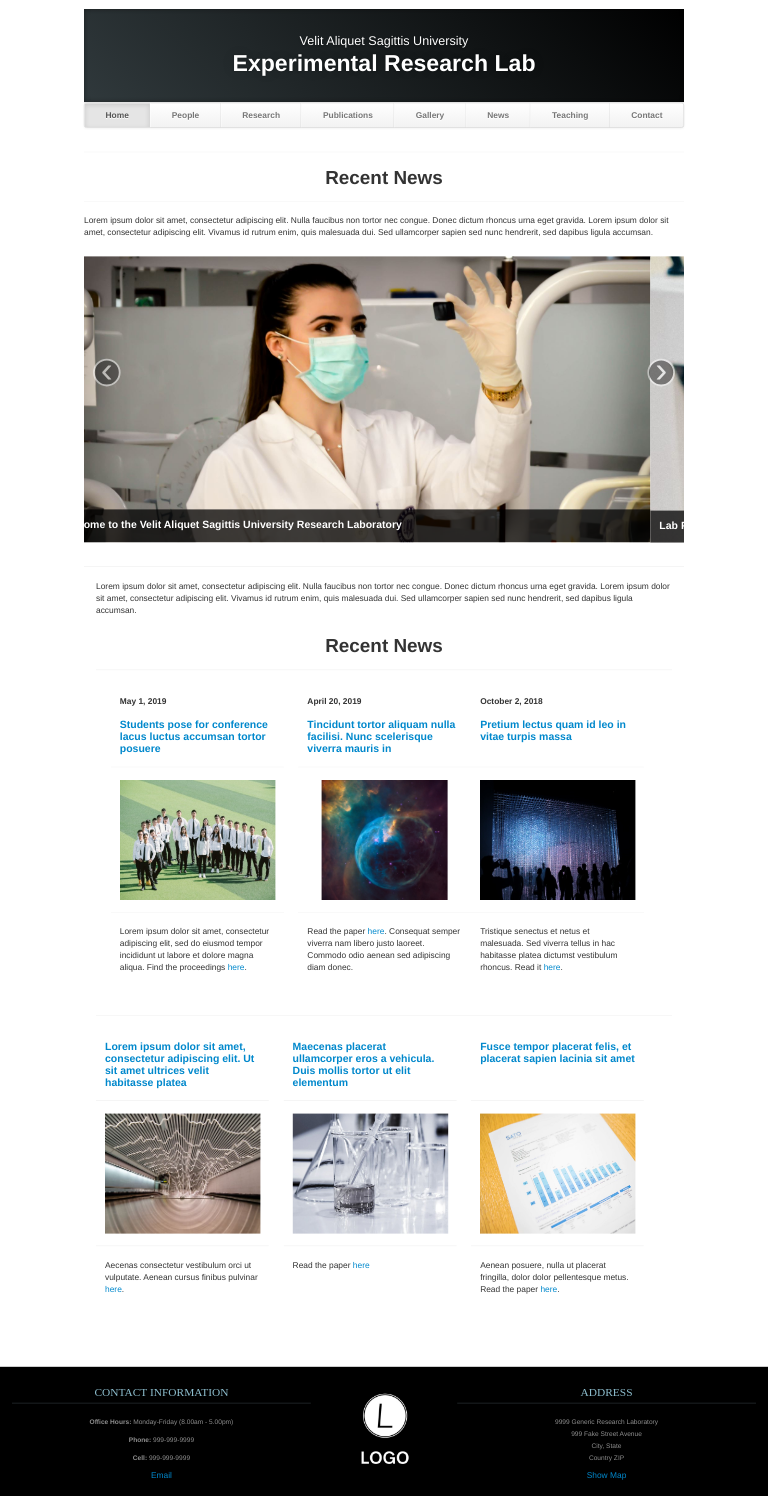
Repository: IAEUC/iaeuc.github.io
Page: index.html
An editor plug-in stored every save of this project. The page is shown before and after the next save, followed by the edit.
The browser window is 1280 px wide. The pictures show the whole page, at 60% of full size.

Above is the page before, as saved 2025-08-07 17:16:09.

After the next save:
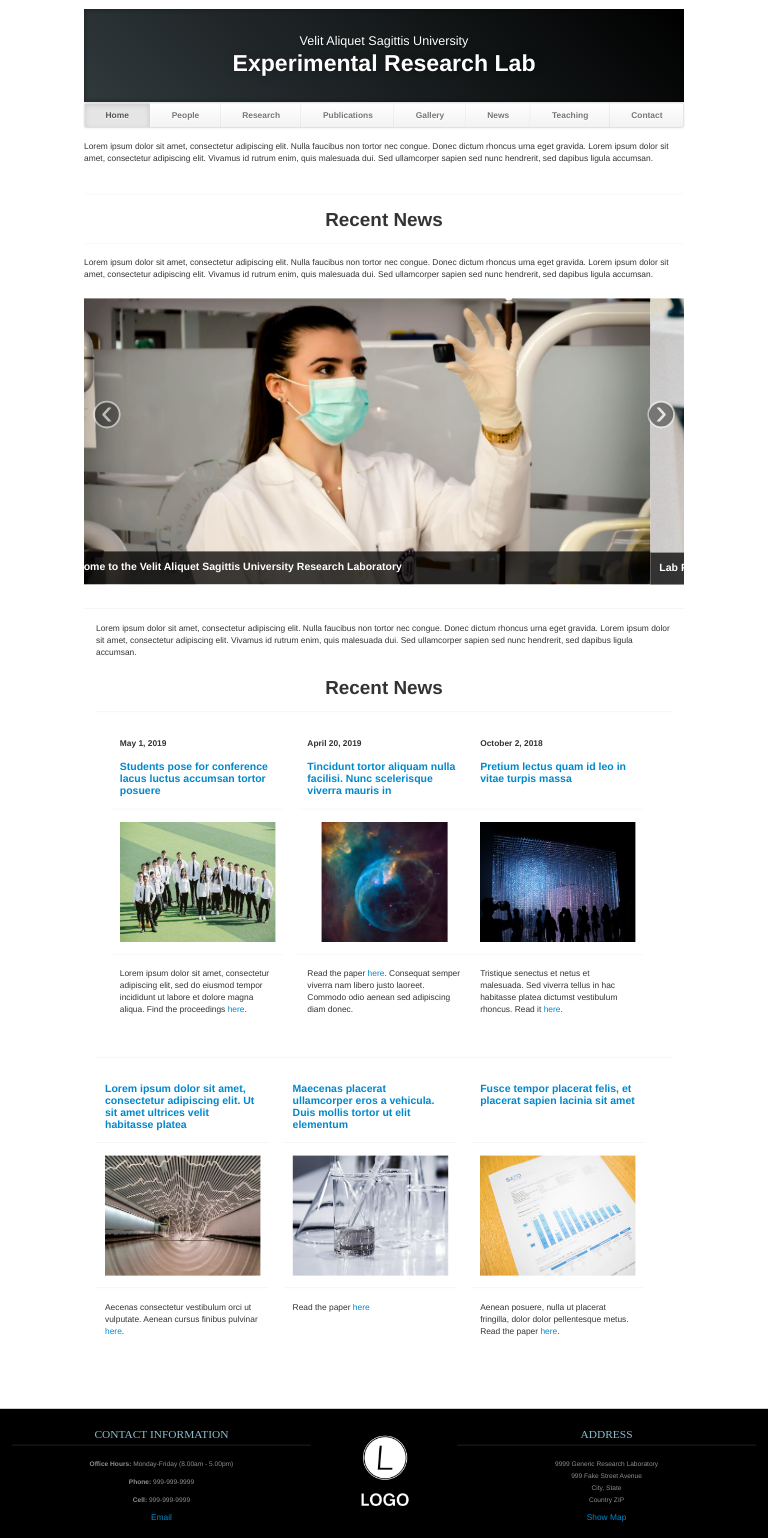
Saved 22 s later.
--- a/index.html
+++ b/index.html
@@ -35,6 +35,18 @@
                </div>
             </div>
          </div>
+
+         <div class="row-fluid">
+            <div class="span12">
+                              <p>
+                                 Lorem ipsum dolor sit amet, consectetur adipiscing elit. Nulla faucibus non tortor nec congue.
+                                 Donec dictum rhoncus urna eget gravida. Lorem ipsum dolor sit amet, consectetur adipiscing elit.
+                                 Vivamus id rutrum enim, quis malesuada dui. Sed ullamcorper sapien sed nunc hendrerit, sed dapibus
+                                 ligula accumsan.
+                              </p>
+                              <br/>
+                           </div>
+         </div>
          <div class="row-fluid">
                   <hr>
                   <h2 class="centered">Recent News</h2>
